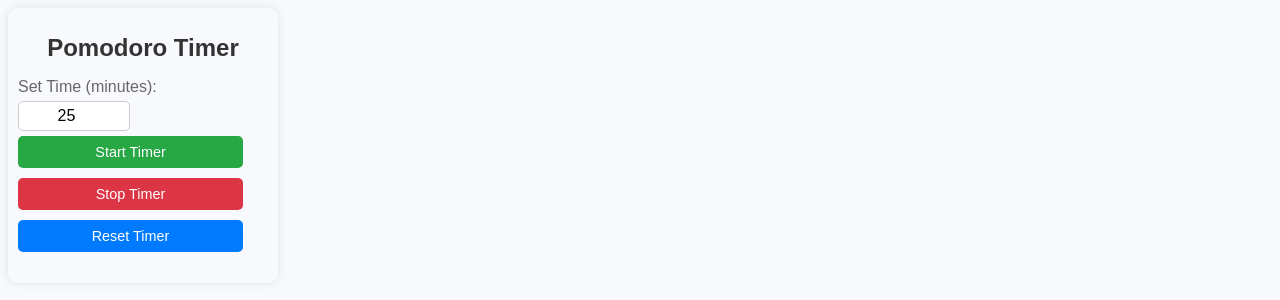
Repository: Prateek09102001/POMODORO-TIMER-UPDATEED-EXTENSIONS
Page: popup.html
The author's editor kept a copy of each file at every save. The page is drawn from the files as they stood at one save, then again after the next save.
The browser window is 1280 px wide. The pictures show the whole page.

Above is the page before, as saved 2024-09-30 18:58:00.

### popup.html
<!DOCTYPE html>
<html lang="en">
<head>
    <meta charset="UTF-8">
    <meta name="viewport" content="width=device-width, initial-scale=1.0">
    <title>Pomodoro Timer</title>
    <link rel="stylesheet" href="style.css">
</head>
<body>
    <h1>Pomodoro Timer</h1>
    <label for="minutes">Set Time (minutes):</label>
    <input type="number" id="minutes" min="1" value="25">
    <button id="start">Start Timer</button>
    <button id="stop">Stop Timer</button>
    <button id="reset">Reset Timer</button>
    <p id="status"></p> <!-- To show the timer status -->

    <script src="popup.js"></script>
</body>
</html>

### style.css
body {
    font-family: 'Arial', sans-serif;
    padding: 10px;
    background-color: #f7f9fc;
    border-radius: 10px;
    box-shadow: 0 0 10px rgba(0, 0, 0, 0.1);
    width: 250px;
}
h1 {
    font-size: 1.5em;
    text-align: center;
    color: #333;
}
label {
    display: block;
    margin: 10px 0 5px;
    color: #666;
}
input[type="number"] {
    width: 100px; /* Set input width to 100px */
    padding: 5px;
    border-radius: 5px;
    border: 1px solid #ccc;
    text-align: center;
    font-size: 1em;
}
button {
    width: 90%; /* Make buttons slightly smaller */
    padding: 8px; /* Reduced padding */
    margin: 5px auto;
    border: none;
    border-radius: 5px;
    color: #fff;
    font-size: 0.9em; /* Slightly smaller font */
    cursor: pointer;
    transition: background-color 0.3s, transform 0.2s;
}
#start {
    background-color: #28a745; /* Green */
}
#stop {
    background-color: #dc3545; /* Red */
}
#reset {
    background-color: #007bff; /* Blue */
}
button:hover {
    transform: scale(1.05);
}
#status {
    margin-top: 10px;
    text-align: center;
    color: #333;
    font-weight: bold;
}

### popup.js
document.getElementById('start').addEventListener('click', () => {
    const minutes = parseInt(document.getElementById('minutes').value);
    if (isNaN(minutes) || minutes <= 0) {
        alert("Please enter a valid number of minutes.");
        return;
    }
    const seconds = minutes * 60; // Convert to seconds
    chrome.storage.local.set({ timerDuration: seconds }, () => {
        chrome.runtime.sendMessage({ action: "startTimer" });
        document.getElementById('status').innerText = "Timer started for " + minutes + " minutes.";
        window.close(); // Close the popup
    });
});

document.getElementById('stop').addEventListener('click', () => {
    chrome.runtime.sendMessage({ action: "stopTimer" });
    document.getElementById('status').innerText = "Timer stopped.";
    window.close(); // Close the popup
});

document.getElementById('reset').addEventListener('click', () => {
    chrome.runtime.sendMessage({ action: "resetTimer" });
    document.getElementById('status').innerText = "Timer reset.";
    window.close(); // Close the popup
});

After the next save:
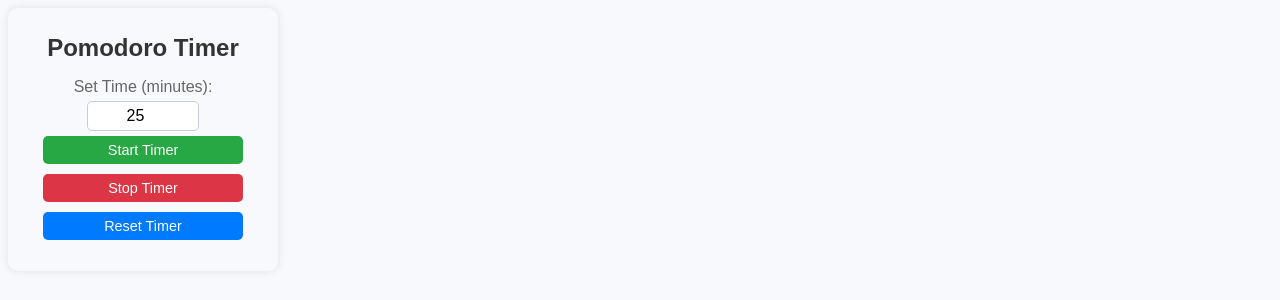
Saved 2 min 2 s later.
--- a/style.css
+++ b/style.css
@@ -5,17 +5,20 @@ body {
     border-radius: 10px;
     box-shadow: 0 0 10px rgba(0, 0, 0, 0.1);
     width: 250px;
+    text-align: center; /* Center all text and elements */
 }
+
 h1 {
     font-size: 1.5em;
-    text-align: center;
     color: #333;
 }
+
 label {
     display: block;
     margin: 10px 0 5px;
     color: #666;
 }
+
 input[type="number"] {
     width: 100px; /* Set input width to 100px */
     padding: 5px;
@@ -23,11 +26,13 @@ input[type="number"] {
     border: 1px solid #ccc;
     text-align: center;
     font-size: 1em;
+    margin: 0 auto; /* Center the input */
 }
+
 button {
-    width: 90%; /* Make buttons slightly smaller */
-    padding: 8px; /* Reduced padding */
-    margin: 5px auto;
+    width: 80%; /* Button width */
+    padding: 6px; /* Reduced padding */
+    margin: 5px auto; /* Center buttons */
     border: none;
     border-radius: 5px;
     color: #fff;
@@ -35,21 +40,25 @@ button {
     cursor: pointer;
     transition: background-color 0.3s, transform 0.2s;
 }
+
 #start {
     background-color: #28a745; /* Green */
 }
+
 #stop {
     background-color: #dc3545; /* Red */
 }
+
 #reset {
     background-color: #007bff; /* Blue */
 }
+
 button:hover {
     transform: scale(1.05);
 }
+
 #status {
     margin-top: 10px;
-    text-align: center;
     color: #333;
     font-weight: bold;
 }
